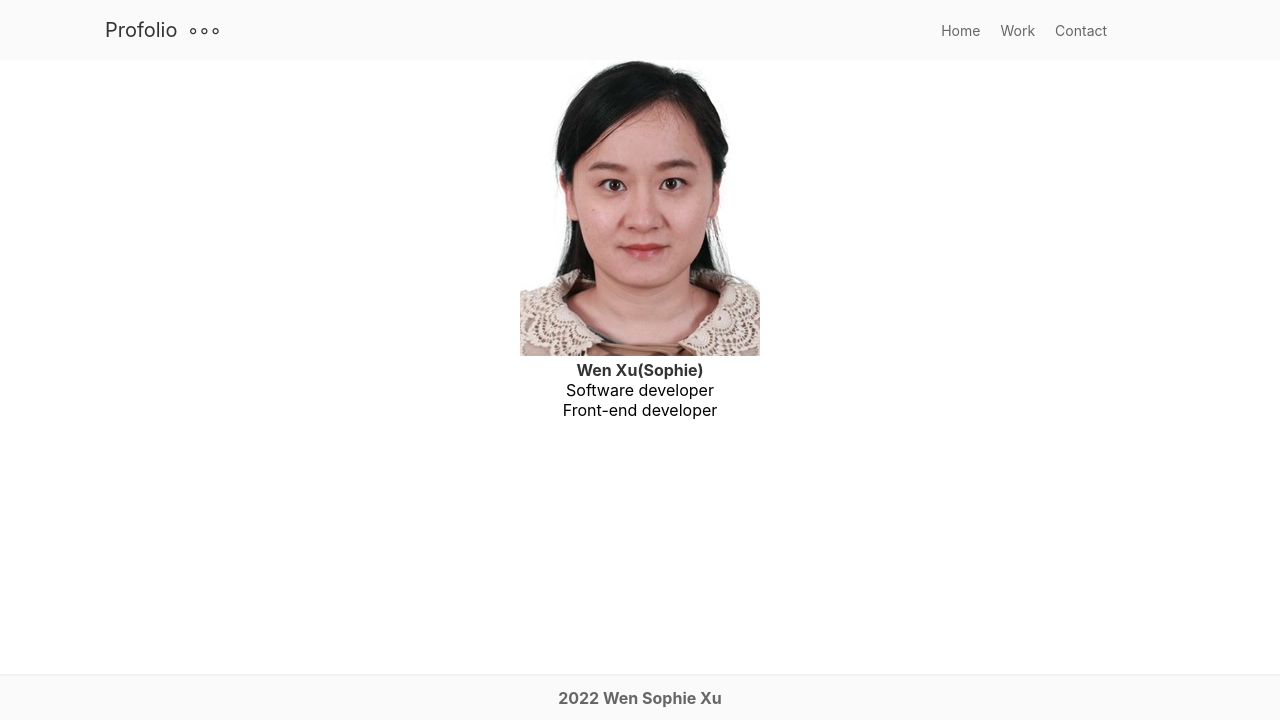
Repository: wenxi0504/myResume_app
Page: /
An editor plug-in stored every save of this project. The page is shown before and after the next save, followed by the edit.
The browser window is 1280 px wide. The pictures show the whole page.
The project was rebuilt for these pictures with package versions that can differ from the ones it lists, and the page was loaded fresh each time. Also part of the build but not shown: src/pages/HomePage/home.module.scss, src/pages/WorkPage/index.js, src/pages/WorkPageDetail/index.js, src/pages/Contact/index.js.

Above is the page before, as saved 2022-01-03 15:15:42.

After the next save:
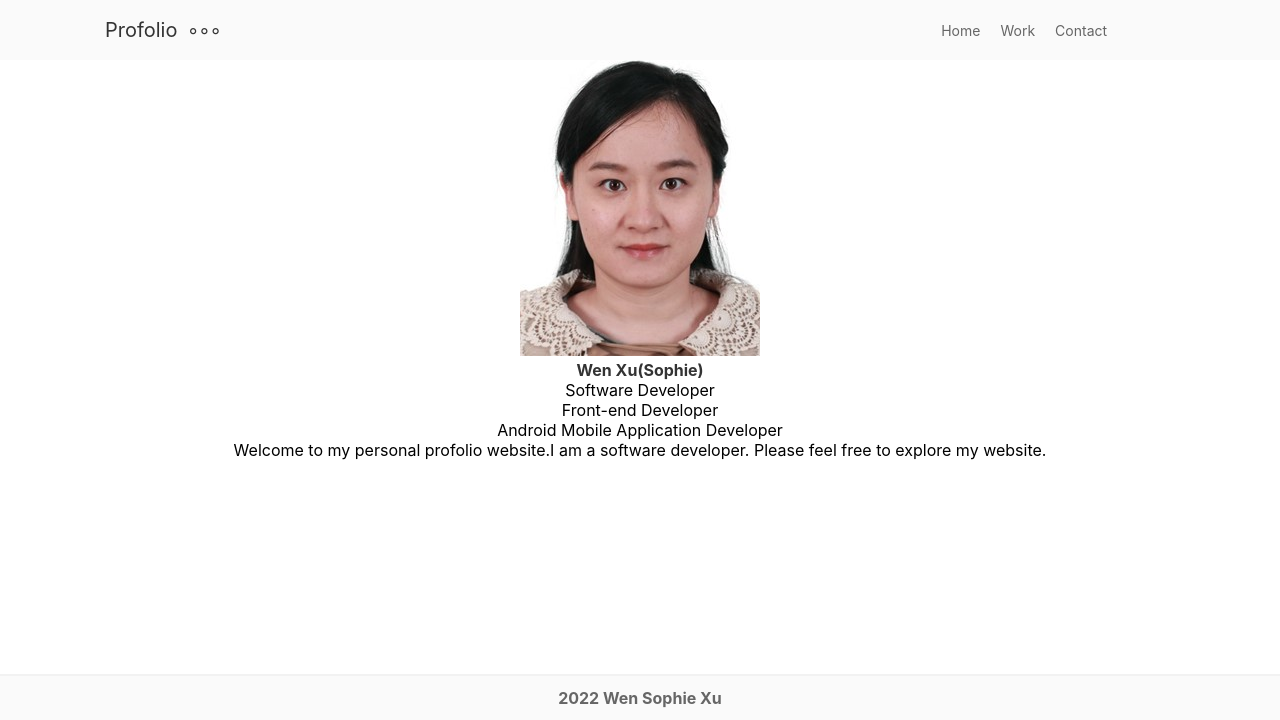
Saved 6 min 0 s later.
--- a/src/pages/HomePage/index.js
+++ b/src/pages/HomePage/index.js
@@ -10,9 +10,11 @@ export default () => {
        <img src={require("../../assets/images/wenxuReact2.jpg") }/>
        <h2>Wen Xu(Sophie)</h2>
        <ul>
-          <li>Software developer</li>
-          <li>Front-end developer</li>
+          <li>Software Developer</li>
+          <li>Front-end Developer</li>
+          <li>Android Mobile Application Developer</li>
        </ul>
+       <p>Welcome to my personal profolio website.I am a software developer. Please feel free to explore my website.</p>
        </section>
 
 
